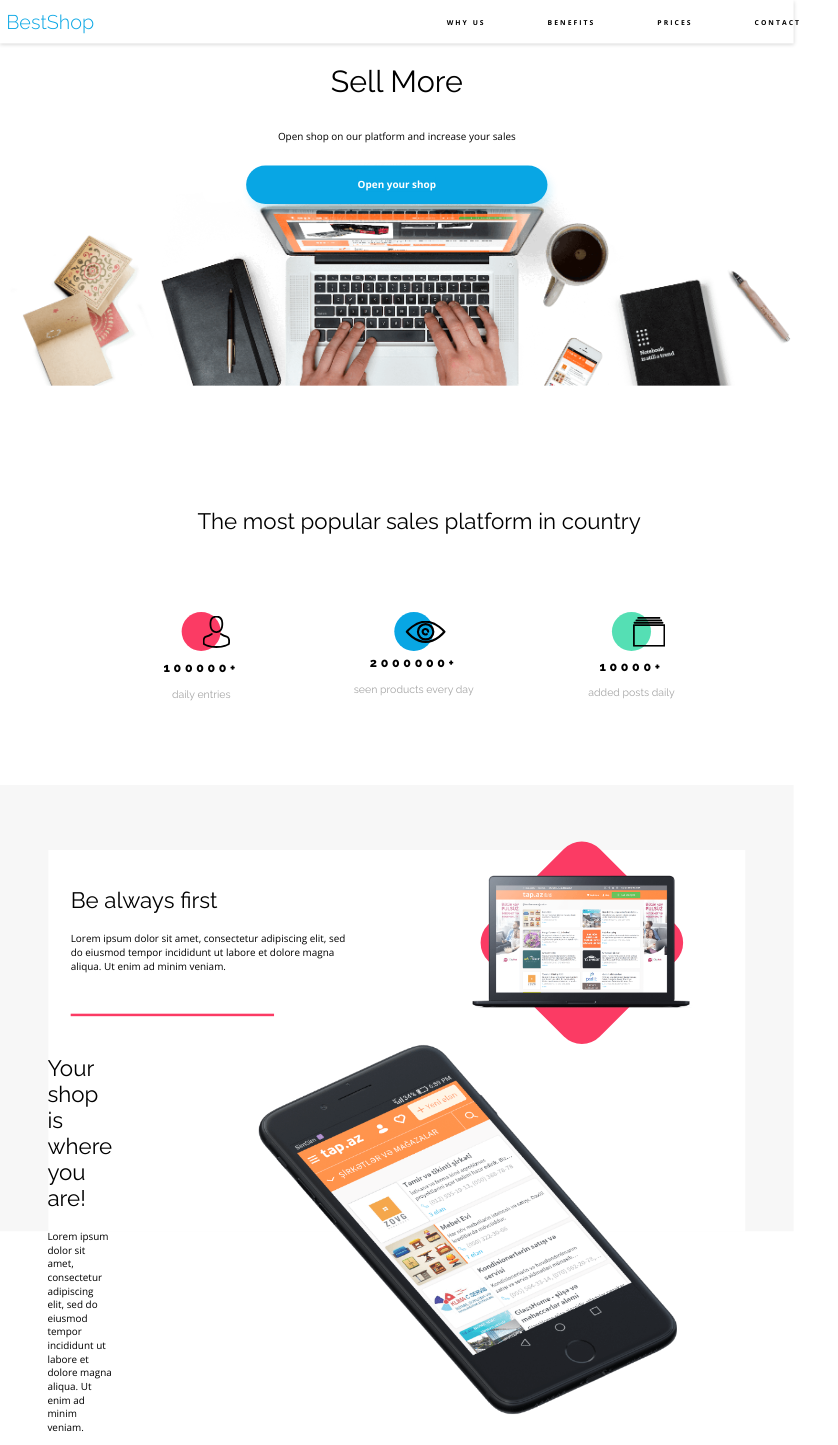
Repository: Widzisz/bestshop-website
Page: index.html
An editor plug-in stored every save of this project. The page is shown before and after the next save, followed by the edit.
The browser window is 1280 px wide. The page is 1352 px wide, so the pictures cover 1352 px, including what lies to the right of the window. The pictures show the whole page, at 62% of full size.

Above is the page before, as saved 2021-03-19 21:30:53.

After the next save:
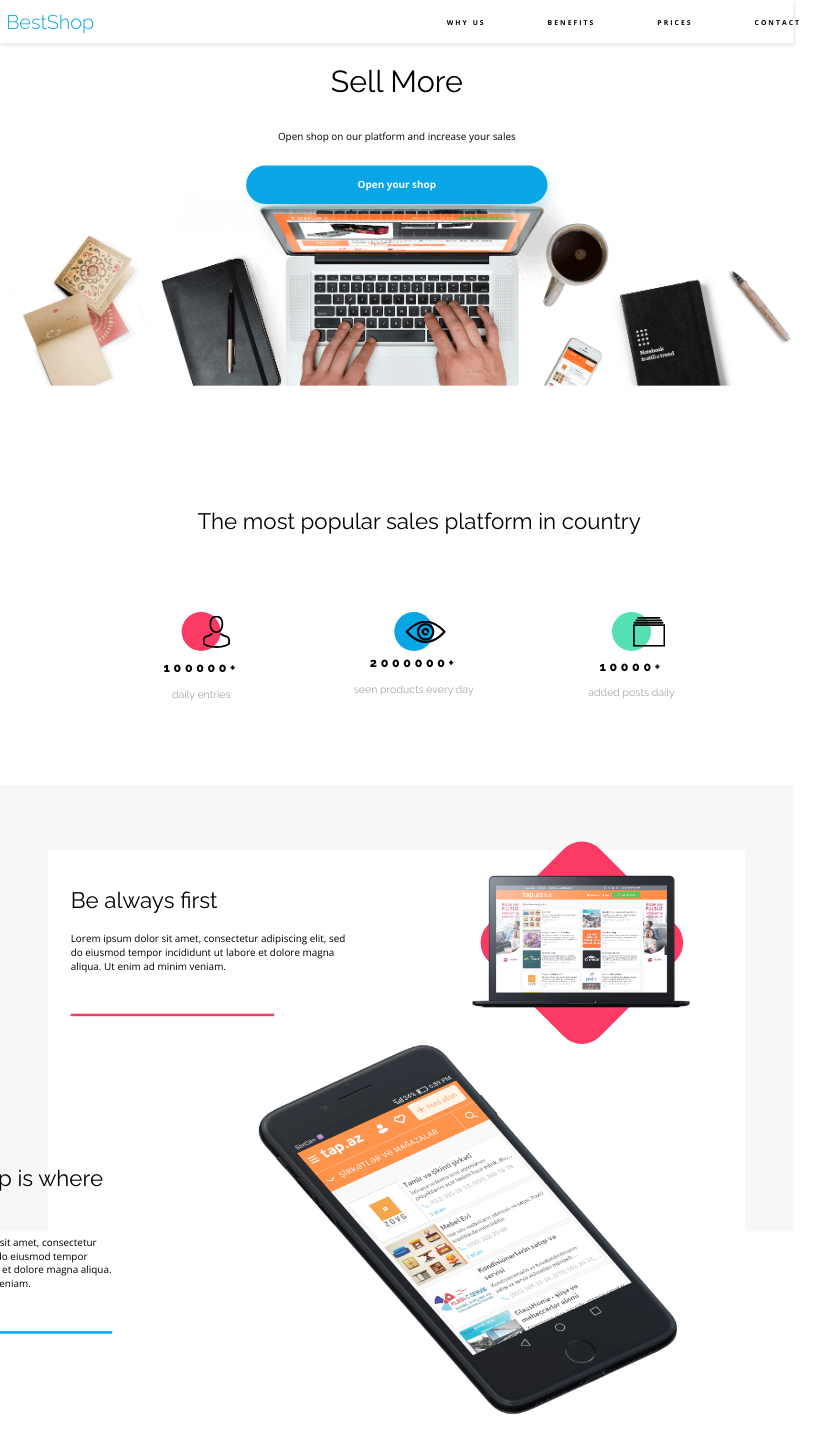
Saved 3 min 2 s later.
--- a/css/style.css
+++ b/css/style.css
@@ -330,10 +330,22 @@ body {
 }
 
 
-promotion__image-2
-
-promotion__picture-2
-
-promotion__image-figure-2
-
-text__rows-underline-2
+.promotion__image-2 {
+
+}
+
+.promotion__picture-2 {
+
+}
+
+.promotion__image-figure-2 {
+
+}
+
+.text__rows-underline-2 {
+    width: 328px;
+    height: 0px;
+    border-bottom: 4px solid var(--c-primary);
+    padding-top: 50px;
+    opacity: 1;
+}
